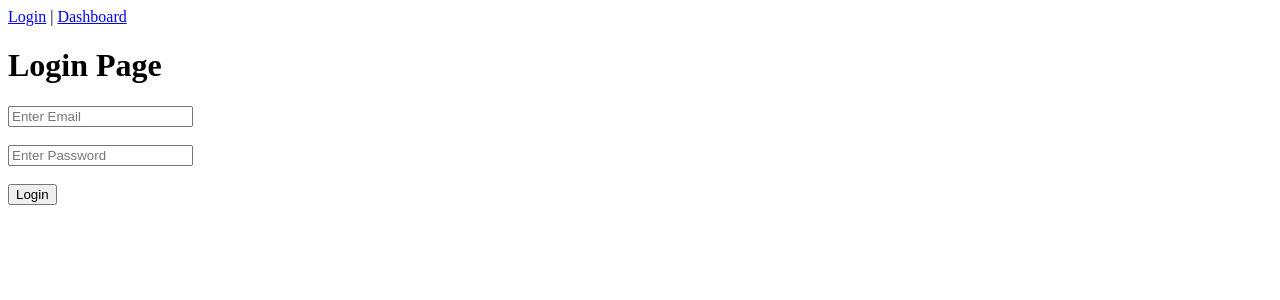
Repository: DeveshPatill/customer-support-crm-application
Page: / (app in client/client/)
These files come from the project's save history. The page is drawn as it stood at one moment and after the next save; the edit follows.
The browser window is 1280 px wide. The pictures show the whole page.
The project was rebuilt for these pictures with package versions that can differ from the ones it lists, and the page was loaded fresh each time. Also part of the build but not shown: client/client/vite.config.js, client/client/src/pages/Dashboard.jsx, client/client/src/services/api.js, client/client/src/pages/Tickets.jsx, client/client/src/pages/CreateTicket.jsx, client/client/src/pages/TicketDetails.jsx, client/client/src/pages/Register.jsx.

Above is the page before, as saved 2026-07-16 16:30:29.

### client/client/index.html
<!doctype html>
<html lang="en">
  <head>
    <meta charset="UTF-8" />
    <link rel="icon" type="image/svg+xml" href="/favicon.svg" />
    <meta name="viewport" content="width=device-width, initial-scale=1.0" />
    <title>client</title>
  </head>
  <body>
    <div id="root"></div>
    <script type="module" src="/src/main.jsx"></script>
  </body>
</html>

### client/client/src/App.jsx
import { BrowserRouter, Routes, Route } from "react-router-dom";

import Login from "./pages/Login";
import Dashboard from "./pages/Dashboard";
import Navbar from "./components/Navbar";
import Tickets from "./pages/Tickets";
import CreateTicket from "./pages/CreateTicket";
import TicketDetails from "./pages/TicketDetails";
import { Toaster } from "react-hot-toast";
import Register from "./pages/Register";

function App() {
  return (
    <BrowserRouter>
     <Toaster position="top-right" />
      <Navbar />

      <Routes>
        <Route path="/" element={<Login />} />
        <Route path="/register" element={<Register />} />
        <Route path="/dashboard" element={<Dashboard />} />
        <Route path="/tickets" element={<Tickets />} />
        <Route path="/tickets/new" element={<CreateTicket />} />
        <Route path="/tickets/:id" element={<TicketDetails />} />

      </Routes>
    </BrowserRouter>
  );
}

export default App;

### client/client/src/pages/Login.jsx
import { useState } from "react";

const Login = () => {
  const [email, setEmail] = useState("");
  const [password, setPassword] = useState("");

  const handleLogin = (e) => {
    e.preventDefault();

    console.log({
      email,
      password,
    });
  };

  return (
    <div>
      <h1>Login Page</h1>

      <form onSubmit={handleLogin}>
        <input
          type="email"
          placeholder="Enter Email"
          value={email}
          onChange={(e) => setEmail(e.target.value)}
        />

        <br />
        <br />

        <input
          type="password"
          placeholder="Enter Password"
          value={password}
          onChange={(e) => setPassword(e.target.value)}
        />

        <br />
        <br />

        <button type="submit">Login</button>
      </form>
    </div>
  );
};

export default Login;

### client/client/src/components/Navbar.jsx
import { Link } from "react-router-dom";

const Navbar = () => {
  return (
    <nav>
      <Link to="/">Login</Link>

      {" | "}

      <Link to="/dashboard">Dashboard</Link>
    </nav>
  );
};

export default Navbar;

Loaded but not shown: client/client/src/main.jsx (common file)

After the next save:
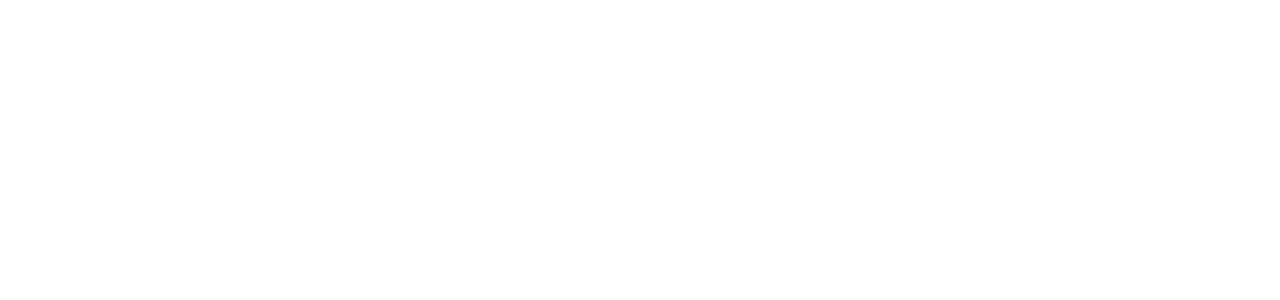
Console error: ReferenceError: Toaster is not defined
Saved 72 s later.
--- a/client/client/src/App.jsx
+++ b/client/client/src/App.jsx
@@ -6,7 +6,10 @@
 import Tickets from "./pages/Tickets";
 import CreateTicket from "./pages/CreateTicket";
 import TicketDetails from "./pages/TicketDetails";
-import { Toaster } from "react-hot-toast";
+import toast from "react-hot-toast";
+
+toast.success("Success");
+toast.error("Error");
 import Register from "./pages/Register";
 
 function App() {

After the save that followed:
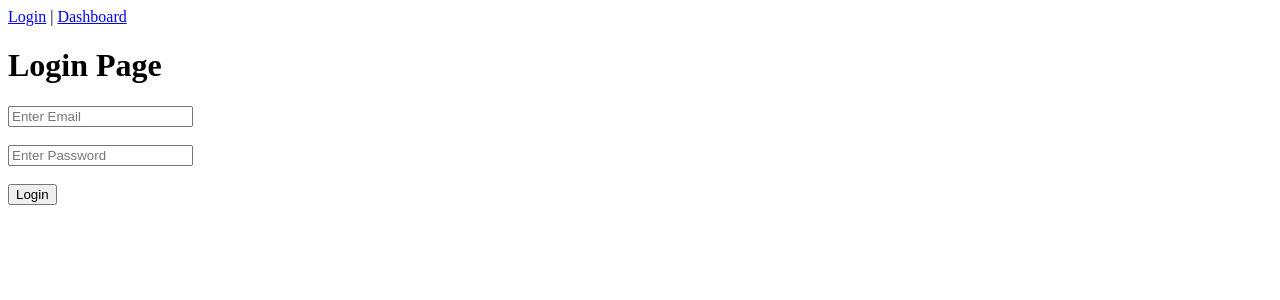
The error is gone.
Saved 80 s later.
--- a/client/client/src/App.jsx
+++ b/client/client/src/App.jsx
@@ -6,8 +6,8 @@
 import Tickets from "./pages/Tickets";
 import CreateTicket from "./pages/CreateTicket";
 import TicketDetails from "./pages/TicketDetails";
+import { Toaster } from "react-hot-toast";
 import toast from "react-hot-toast";
-
 toast.success("Success");
 toast.error("Error");
 import Register from "./pages/Register";
